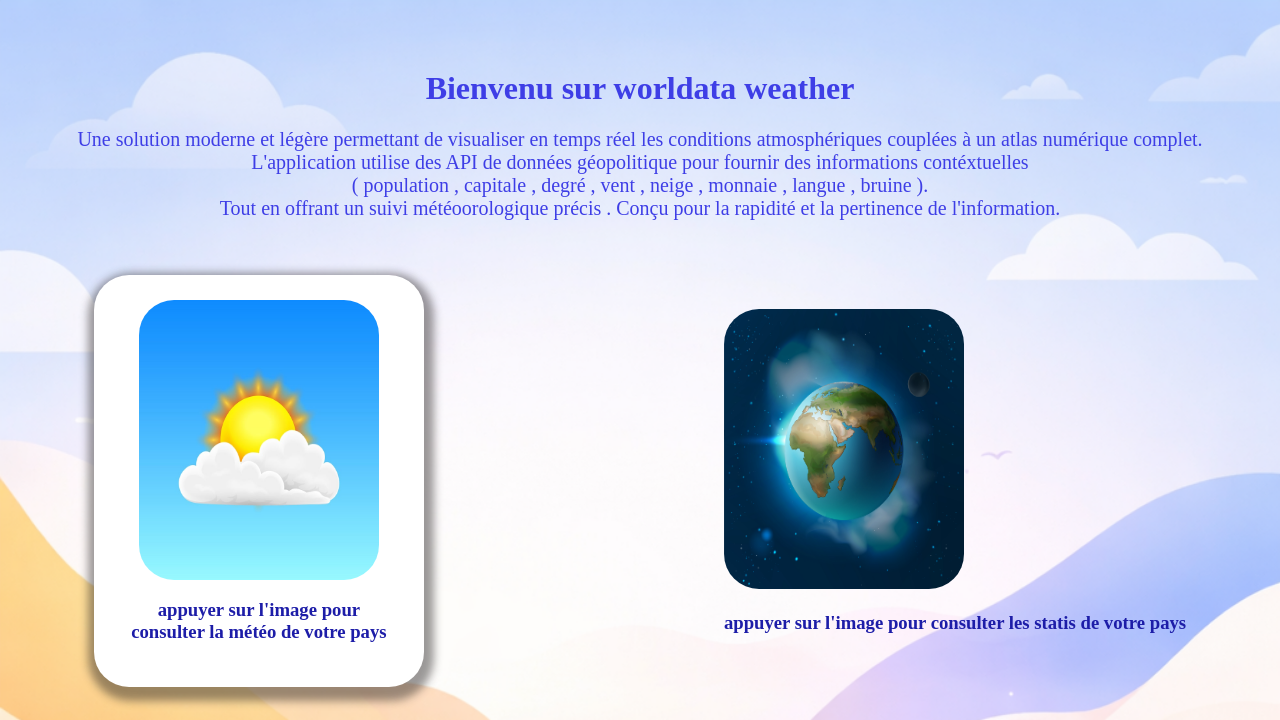
Repository: assanendao171/meteo
Page: index.html
The author's editor kept a copy of each file at every save. The page is drawn from the files as they stood at one save, then again after the next save.
The browser window is 1280 px wide. The pictures show the whole page.

Above is the page before, as saved 2026-03-18 17:21:25.

After the next save:
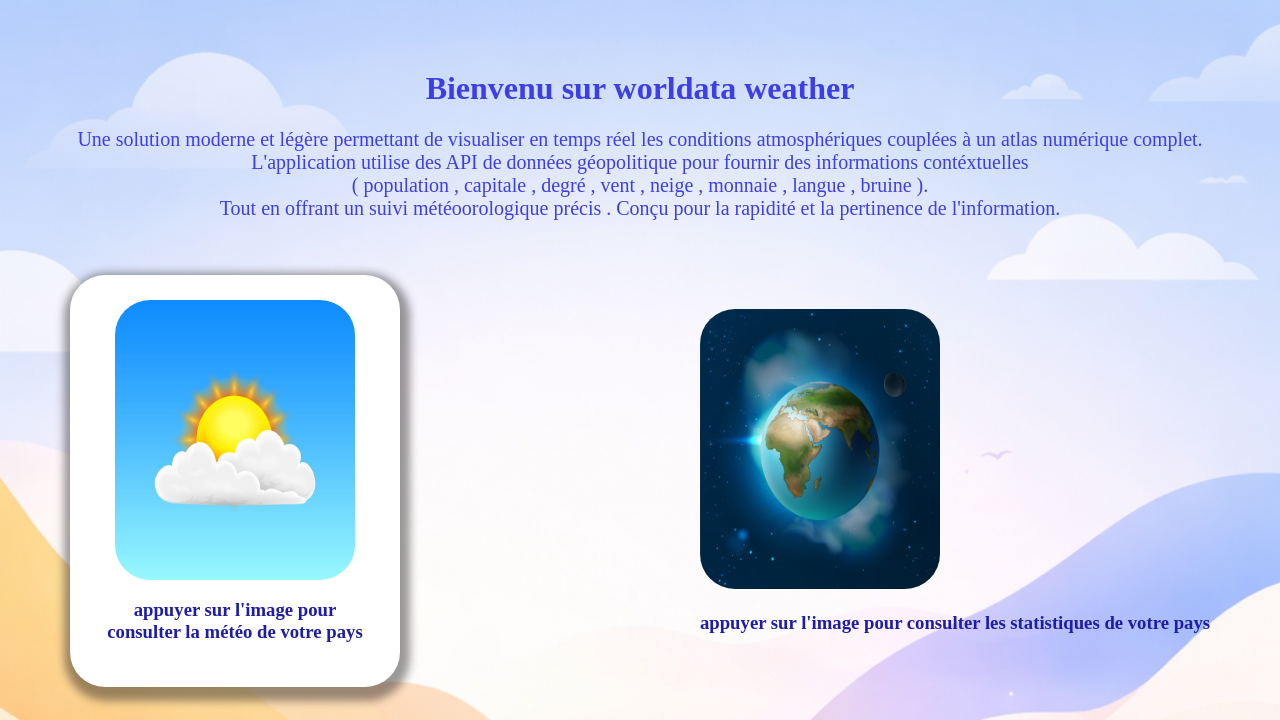
Saved 4 s later.
--- a/index.html
+++ b/index.html
@@ -20,7 +20,7 @@
         </div>
         <div id="ima2">
 <img src="18966224.jpg" alt="la terre">
-<h3>appuyer sur l'image pour consulter les statis de votre pays</h3>
+<h3>appuyer sur l'image pour consulter les statistiques de votre pays</h3>
 
 
         </div>
